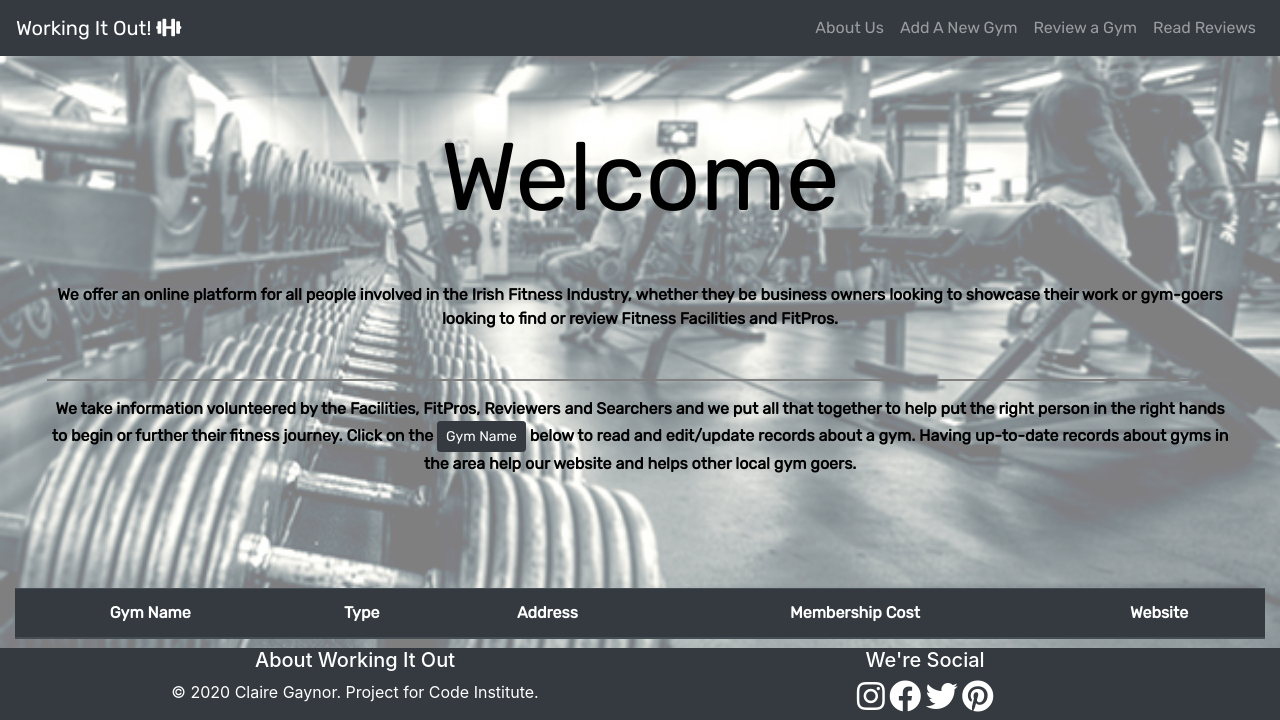
Repository: cgaynor91/Working_It_Out
Page: http://localhost/
The author's editor kept a record of every edit. The page is drawn from the files as they stood at one moment, then again after the next edit.
The browser window is 1280 px wide. The pictures show the whole page.
Some web libraries are served in a nearby version. The page is served by the project's application, run on Flask 3 (app.py). Queries for data that is not in the repository find no rows.

Above is the page before.

After the next edit:
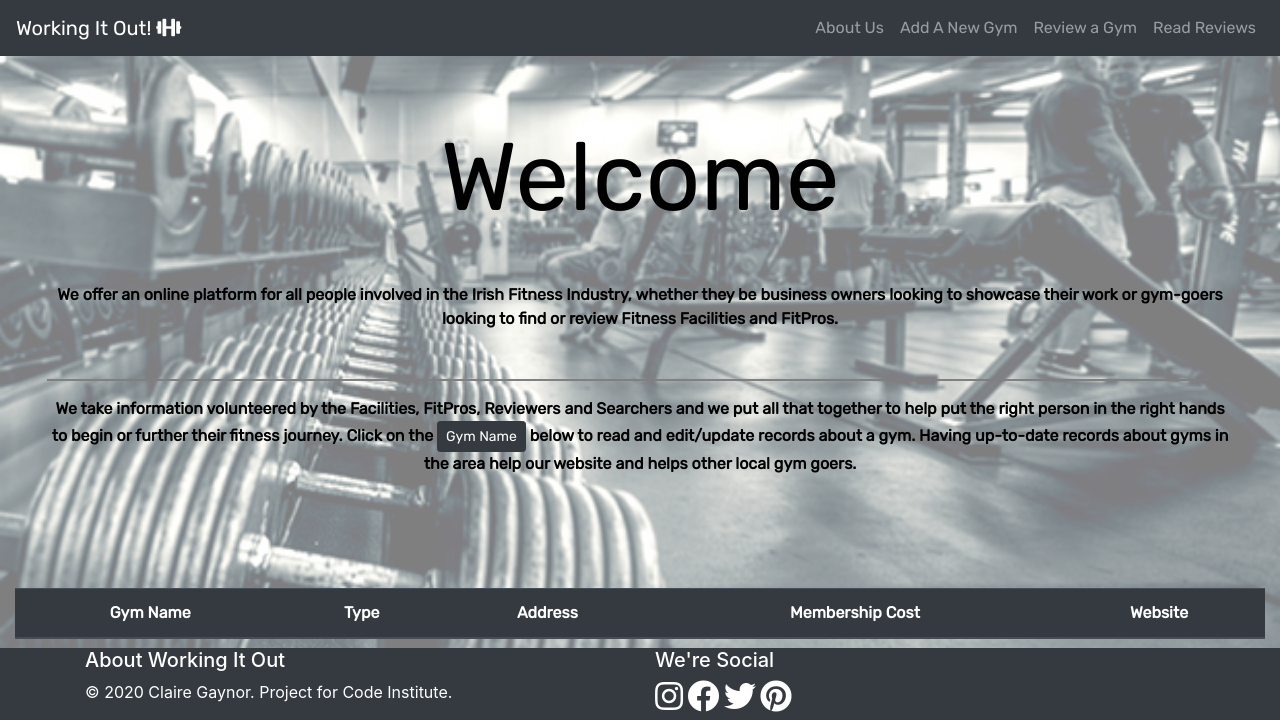
The edit:
--- a/templates/home.html
+++ b/templates/home.html
@@ -45,6 +45,7 @@
     </tbody>
    </table>
   </div>
+ </div>
+</div>
 
-
-  {% endblock %}
+ {% endblock %}
